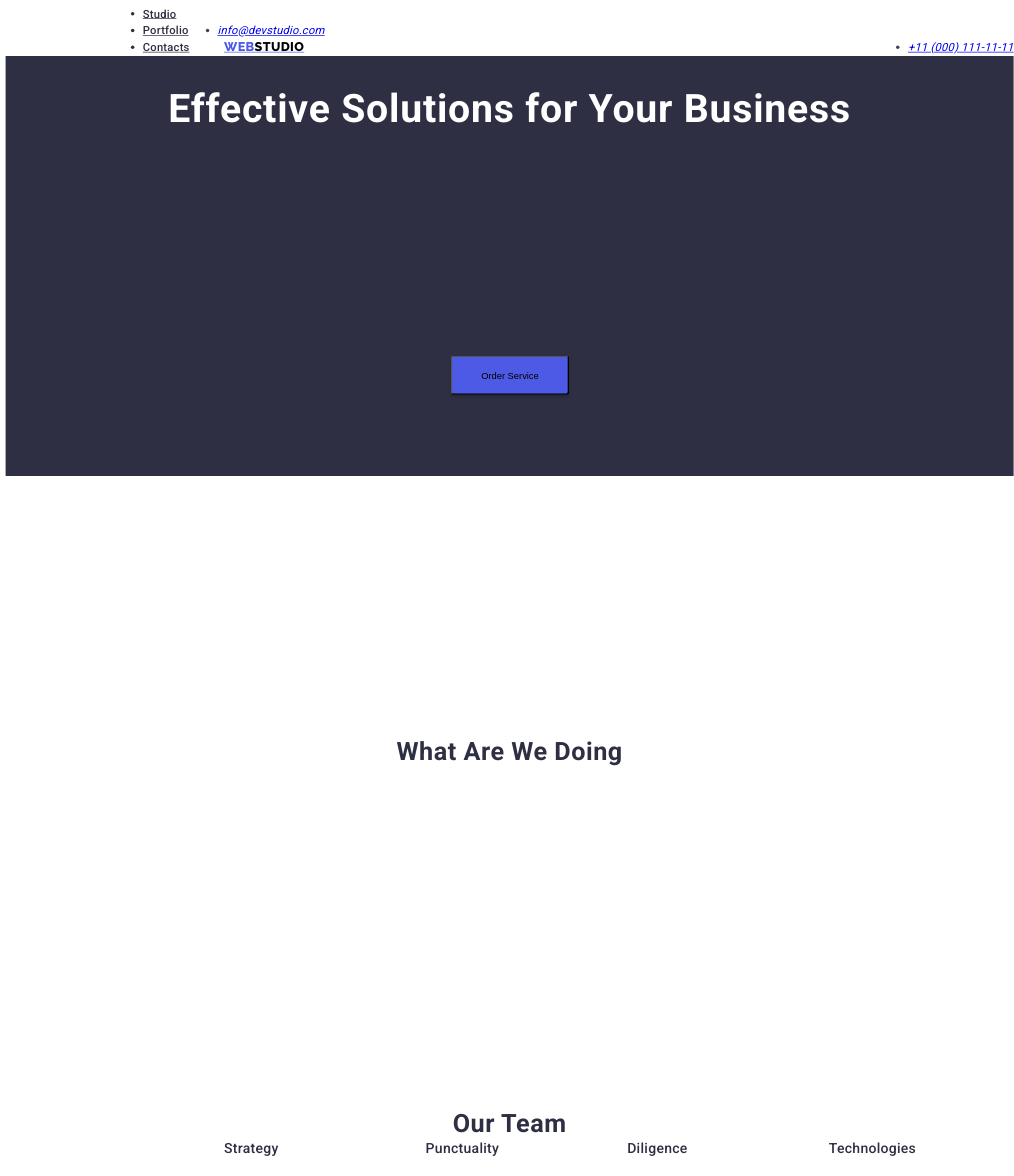
Repository: GrishchenkoNataliya/goit-markup-hw-02
Page: index.html
The author's editor kept a copy of each file at every save. The page is drawn from the files as they stood at one save, then again after the next save.
The browser window is 1280 px wide. The page is 1448 px wide, so the pictures cover 1448 px, including what lies to the right of the window. The pictures show the part of the page from y = 0 to 1680 px (the page is 4796 px tall), at 70% of full size.

Above is the page before, as saved 2023-03-11 13:39:16.

### index.html
<!DOCTYPE html>
<html lang="en">
  <head>
    <meta charset="UTF-8" />
    <meta http-equiv="X-UA-Compatible" content="IE=edge" />
    <meta name="viewport" content="width=device-width, initial-scale=1.0" />

    <link rel="preconnect" href="https://fonts.googleapis.com" />
    <link rel="preconnect" href="https://fonts.gstatic.com" crossorigin />
    <link
      href="https://fonts.googleapis.com/css2?family=Raleway:wght@800&family=Roboto+Mono:wght@600&family=Roboto:wght@400;500;700&display=swap"
      rel="stylesheet"
    />
    <link rel="stylesheet" href="./css/styles.css" />
    <title>homework_2</title>
  </head>
  <body class="body">
    <header class="header">
      <a class="header-logo logo-web" href="./index.html"
        >Web<span class="logo-studio">Studio </span></a
      >
      <nav class="header-nav">
        <ul class="header-list">
          <li class="header-item">
            <a
              class="header-link"
              href=""
              target="_blank"
              rel="noopener noreferrer nofollow"
              >Studio</a
            >
          </li>
          <li class="header-item-portfolio">
            <a
              class="header-link"
              href="./portfolio/portfolio.html"
              target="_blank"
              rel="noopener noreferrer nofollow"
              >Portfolio</a
            >
          </li>
          <li class="header-item">
            <a
              class="header-link"
              href=""
              target="_blank"
              rel="noopener noreferrer nofollow"
              >Contacts</a
            >
          </li>
        </ul>
      </nav>
      <address class="address">
        <ul class="address-list">
          <li class="address-mail">
            <a href="mailto:info@devstudio.com">info@devstudio.com</a>
          </li>
          <li class="address-tel">
            <a href="tel:+110001111111">+11 (000) 111-11-11</a>
          </li>
        </ul>
      </address>
    </header>
    <main class="main">
      <section class="hero">
        <h1 class="hero-title">Effective Solutions for Your Business</h1>
        <button class="hero-btn" type="button">Order Service</button>
        <!-- Dark-bg -->
      </section>

      <section class="feature1">
        <h2 hidden>Большой заголовок</h2>
        <ul class="feature1-list">
          <li class="feature1-item1">
            <h3 class="feature1-title">Strategy</h3>
            <p class="feature1-text">
              Our goal is to identify the business problem to walk away with the
              perfect and creative solution.
            </p>
          </li>
          <li class="feature1-item2">
            <h3 class="feature1-title">Punctuality</h3>
            <p class="feature1-text">
              Bring the key message to the brand's audience for the best price
              within the shortest possible time.
            </p>
          </li>
          <li class="feature1-item3">
            <h3 class="feature1-title">Diligence</h3>
            <p class="feature1-text">
              Research and confirm brands that present the strongest digital
              growth opportunities and minimize risk.
            </p>
          </li>
          <li class="feature1-item4">
            <h3 class="feature1-title">Technologies</h3>
            <p class="feature1-text">
              Design practice focused on digital experiences. We bring forth a
              deep passion for problem-solving.
            </p>
          </li>
        </ul>
      </section>

      <section class="feature2">
        <h2 class="feature2-title">What are we doing</h2>
        <ul class="feature2-list">
          <li class="feature2-item-1">
            <img
              src="./images/pages1/Rectangle71-1.jpg"
              alt="Rectangle 71-1"
              width="360"
            />
          </li>
          <li class="feature2-item-2">
            <img
              src="./images/pages1/Rectangle71-2.jpg"
              alt="Rectangle 71-2"
              width="360"
            />
          </li>
          <li class="feature2-item-3">
            <img
              src="./images/pages1/Rectangle71-3.jpg"
              alt="Rectangle 71-3"
              width="360"
            />
          </li>
        </ul>
      </section>

      <section class="feature3">
        <h2 class="feature3-title-h2">Our Team</h2>
        <ul class="feature3-list">
          <li class="feature3-item1">
            <img
              src="./images/pages1/img1.jpg"
              alt="Mark Guerrero"
              width="264"
              height="260"
            />
            <h3 class="feature3-title">Mark Guerrero</h3>
            <p class="feature3-subtitle">Product Designer</p>
          </li>
          <li class="feature3-item2">
            <img
              src="./images/pages1/img2.jpg"
              alt="Tom Ford"
              width="264"
              height="260"
            />
            <h3 class="feature3-title">Tom Ford</h3>
            <p class="feature3-subtitle">Frontend Developer</p>
          </li>
          <li class="feature3-item3">
            <img
              src="./images/pages1/img3.jpg"
              alt="Camila Garcia"
              width="264"
              height="260"
            />
            <h3 class="feature3-title">Camila Garcia</h3>
            <p class="feature3-subtitle">Marketing</p>
          </li>
          <li class="feature3-item4">
            <img
              src="./images/pages1/img4.jpg"
              alt="Daniel Wilson"
              width="264"
              height="260"
            />
            <h3 class="feature3-title">Daniel Wilson</h3>
            <p class="feature3-subtitle">UI Designer</p>
          </li>
        </ul>
      </section>
    </main>
    <footer class="footer">
      <a class="header-logo" href="./index.html"
        >Web<span class="studio">Studio </span></a
      >

      <p class="footer-text">
        Increase the flow of customers and sales for your business with digital
        marketing & growth solutions.
      </p>
      <!-- Dark-bg -->
    </footer>
  </body>
</html>

### css/styles.css
body {
  font-family: "Roboto", sans-serif;
  /* font-family: open-; */

  position: relative;
  width: 1440px;
  height: 2592px;
  color: #434455;
  background: #ffffff;
}
/* @font-face {
  font-family: Roboto-500;
  src: url(../fonts/);
}
Підключення шрифта з папки fonts */

.header {
  /* position: absolute;
  width: 1440px;
  height: 72px;
  left: 0px;
  top: 0px; */
  display: flex;
  flex-direction: row;
  align-items: center;
  padding: 0px;

  position: absolute;
  width: 115px;
  height: 24px;
  left: 156px;
  top: 24px;
}

.header-logo {
  display: flex;
  flex-direction: row;
  align-items: center;
  padding: 0px;

  position: absolute;
  width: 115px;
  height: 24px;
  left: 156px;
  top: 24px;
}
.header-nav {
}
.logo-web {
  width: 44px;
  height: 21px;

  font-family: "Raleway";
  font-style: normal;
  font-weight: 800;
  font-size: 18px;
  line-height: 21px;
  /* identical to box height, or 117% */

  display: flex;
  align-items: center;
  letter-spacing: 0.03em;
  text-transform: uppercase;
  color: #4d5ae5;
}
.logo-studio {
  color: black;
}
.header-list {
  /* font-family: "Roboto";
  font-style: normal; потрібен для адреси, це нахил */
  font-weight: 500;
  font-size: 16px;
  line-height: 1.5;
  letter-spacing: 0.02em;
  color: #2e2f42;
}
.header-item {
}
.header-link {
  width: 48px;
  height: 24px;
  font-style: normal;
  font-weight: 500;
  font-size: 16px;
  line-height: 1.5;
  /* 24/16=1.5 */
  letter-spacing: 0.02em;
  color: #2e2f42;
  flex: none;
  order: 0;
  flex-grow: 0;
}

.address {
}
.address-list {
  font-weight: 400;
  font-size: 16px;
  line-height: 1.5;
  letter-spacing: 0.02em;
}
.address-mail {
}
.address-tel {
  position: absolute;
  width: 151px;
  height: 24px;
  left: 1133px;
  top: 24px;

  font-weight: 400;
  font-size: 16px;
  line-height: 1.5;
  letter-spacing: 0.02em;
}
.main {
}
/* section hero */
.hero {
  position: absolute;
  width: 1440px;
  height: 600px;
  left: 0px;
  top: 72px;
  background: #2e2f42;
}
.hero-title {
  font-family: "Roboto";
  font-style: normal;
  font-weight: 700;
  font-size: 56px;
  line-height: 1.07;
  text-align: center;
  letter-spacing: 0.02em;
  color: #ffffff;
}
.hero-btn {
  position: absolute;
  width: 169px;
  height: 56px;
  left: 636px;
  top: 428px;
  background: #4d5ae5;
  box-shadow: 0px 4px 4px rgba(0, 0, 0, 0.15);
  border-radius: 4px;
}
/* section 1 */
.feature1 {
}
.feature1-list {
  position: absolute;
  width: 1128px;
  height: 104px;
  left: 156px;
  top: 792px;
}
.feature1-item1 {
  display: flex;
  flex-direction: column;
  align-items: flex-start;
  padding: 0px;
  gap: 8px;

  position: absolute;
  width: 264px;
  height: 104px;
  left: 156px;
  top: 792px;
}
.feature1-item2 {
  display: flex;
  flex-direction: column;
  align-items: flex-start;
  padding: 0px;
  gap: 8px;

  position: absolute;
  width: 264px;
  height: 104px;
  left: 444px;
  top: 792px;
}
.feature1-item3 {
  display: flex;
  flex-direction: column;
  align-items: flex-start;
  padding: 0px;
  gap: 8px;

  position: absolute;
  width: 264px;
  height: 104px;
  left: 732px;
  top: 792px;
}
.feature1-item4 {
  display: flex;
  flex-direction: column;
  align-items: flex-start;
  padding: 0px;
  gap: 8px;

  position: absolute;
  width: 264px;
  height: 104px;
  left: 1020px;
  top: 792px;
}
.feature1-title {
  font-family: "Roboto";
  font-style: normal;
  font-weight: 500;
  font-size: 20px;
  line-height: 1.2;
  letter-spacing: 0.02em;
  color: #2e2f42;
}
.feature1-text {
  font-family: "Roboto";
  font-style: normal;
  font-weight: 400;
  font-size: 16px;
  line-height: 1.5;
  letter-spacing: 0.02em;
  color: #434455;
}
/* section 2 */
.feature2 {
  position: absolute;
  width: 1128px;
  height: 412px;
  left: 156px;
  top: 1016px;
}
.feature2-title {
  font-family: "Roboto";
  font-style: normal;
  font-weight: 700;
  font-size: 36px;
  line-height: 1.1;
  text-align: center;
  letter-spacing: 0.02em;
  text-transform: capitalize;
  color: #2e2f42;
}
.feature2-list {
}
.feature2-item-1 {
  display: flex;
  flex-direction: column;
  align-items: flex-start;
  padding: 0px;

  position: absolute;
  width: 360px;
  height: 300px;
  left: 156px;
  top: 1128px;
}
.feature2-item-2 {
  display: flex;
  flex-direction: column;
  align-items: flex-start;
  padding: 0px;

  position: absolute;
  width: 360px;
  height: 300px;
  left: 540px;
  top: 1128px;
}
.feature2-item-3 {
  display: flex;
  flex-direction: column;
  align-items: flex-start;
  padding: 0px;

  position: absolute;
  width: 360px;
  height: 300px;
  left: 924px;
  top: 1128px;
}
/* section 3 */
.feature3 {
  position: absolute;
  width: 1440px;
  height: 732px;
  left: 0px;
  top: 1548px;
}
.feature3-title-h2 {
  font-family: "Roboto";
  font-style: normal;
  font-weight: 700;
  font-size: 36px;
  line-height: 1.1;
  text-align: center;
  letter-spacing: 0.02em;
  text-transform: capitalize;
  color: #2e2f42;
}
.feature3-list {
}
.feature3-item1 {
  display: flex;
  flex-direction: column;
  justify-content: center;
  align-items: center;
  padding: 0px 0px 32px;
  gap: 32px;

  position: absolute;
  width: 264px;
  height: 380px;
  left: 156px;
  top: 1780px;
}
.feature3-item2 {
  display: flex;
  flex-direction: column;
  justify-content: center;
  align-items: center;
  padding: 0px 0px 32px;
  gap: 32px;

  position: absolute;
  width: 264px;
  height: 380px;
  left: 444px;
  top: 1780px;
}
.feature3-item3 {
  display: flex;
  flex-direction: column;
  justify-content: center;
  align-items: center;
  padding: 0px 0px 32px;
  gap: 32px;

  position: absolute;
  width: 264px;
  height: 380px;
  left: 732px;
  top: 1780px;
}
.feature3-item4 {
  display: flex;
  flex-direction: column;
  justify-content: center;
  align-items: center;
  padding: 0px 0px 32px;
  gap: 32px;

  position: absolute;
  width: 264px;
  height: 380px;
  left: 1020px;
  top: 1780px;
}
.feature3-title {
  font-family: "Roboto";
  font-style: normal;
  font-weight: 500;
  font-size: 20px;
  line-height: 1.2;
  text-align: center;
  letter-spacing: 0.02em;
  color: #2e2f42;
}
.feature3-subtitle {
  font-family: "Roboto";
  font-style: normal;
  font-weight: 400;
  font-size: 16px;
  line-height: 1.2;
  text-align: center;
  letter-spacing: 0.02em;
  color: #434455;
}
.footer {
  /* position: absolute;
  width: 1440px;
  height: 312px;
  left: 0px;
  top: 2280px; */

  /* display: flex;
flex-direction: row;
align-items: center;
padding: 0px;

position: absolute;
width: 115px;
height: 24px;
left: 156px;
top: 2380px; */

  position: absolute;
  width: 1440px;
  height: 312px;
  left: 0px;
  top: 2280px;
  background: #2e2f42;
}
.footer-text {
  position: absolute;
  width: 264px;
  height: 72px;
  left: 156px;
  top: 2420px;
  font-family: "Roboto";
  font-style: normal;
  font-weight: 400;
  font-size: 16px;
  line-height: 1.2;
  letter-spacing: 0.02em;
  color: #f4f4fd;
}
.main-portfolio {
}
/* -------------portfolio-section---------- */
.portfolio-section {
}
.portfolio-list {
  display: flex;
  flex-direction: row;
  align-items: flex-start;
  padding: 0px;
  gap: 24px;

  position: absolute;
  width: 586px;
  height: 48px;
  left: 427px;
  top: 168px;
}
.portfolio-item-all {
  display: flex;
  flex-direction: row;
  align-items: flex-start;
  padding: 12px 24px;

  width: 69px;
  height: 48px;
  background: #404bbf;
  box-shadow: 0px 3px 1px rgba(0, 0, 0, 0.1), 0px 2px 1px rgba(0, 0, 0, 0.08),
    0px 2px 2px rgba(0, 0, 0, 0.12);
  border-radius: 4px;
  flex: none;
  order: 0;
  flex-grow: 0;
}
.portfolio-btn {
}
.portfolio-label-all {
  font-family: "Roboto";
  font-style: normal;
  font-weight: 500;
  font-size: 16px;
  line-height: 24px;
  display: flex;
  align-items: center;
  text-align: center;
  letter-spacing: 0.04em;
  color: #ffffff;
}
.portfolio-item {
}
.portfolio-btn {
  display: flex;
  flex-direction: row;
  justify-content: center;
  align-items: center;
  padding: 12px 24px;
  width: 116px;
  height: 48px;
  background: #f4f4fd;
  border: 1px solid #e7e9fc;
  border-radius: 4px;
}
.portfolio-label {
  font-family: "Roboto";
  font-style: normal;
  font-weight: 500;
  font-size: 16px;
  line-height: 1.2;
  display: flex;
  align-items: center;
  text-align: center;
  letter-spacing: 0.04em;
  color: #4d5ae5;
  flex: none;
  order: 0;
  flex-grow: 0;
}

/* .portfolio-btn3 {
  width: 78px;
} */

/* .portfolio-btn4 {
  width: 101px;
} */

/* .portfolio-btn5 {
  width: 126px;
} */

/* -------portfolio-section2---- */
.portfolio-section {
  position: absolute;
  left: 8.33%;
  right: 8.33%;
  top: 0%;
  bottom: 0%;
}
.portfolio-section-list-first {
  display: block;
  margin: 8px;
  position: absolute;
  width: 1128px;
  height: 420px;
  left: 156px;
  top: 288px;
}

.project-card-first {
  width: 360px;
  height: 420px;
  left: 156px;
  top: 288px;
  background: #ffffff;
  border: 1px solid #e7e9fc;
}

.portfolio-title {
  font-family: "Roboto";
  font-style: normal;
  font-weight: 500;
  font-size: 20px;
  line-height: 1.2;
  letter-spacing: 0.02em;
  color: #2e2f42;
}
.portfolio-text {
  font-family: "Roboto";
  font-style: normal;
  font-weight: 400;
  font-size: 16px;
  line-height: 1.5;
  letter-spacing: 0.02em;
  color: #434455;
}
.project-card-second {
  left: 540px;
}

.project-card-last {
  left: 924px;
}

.portfolio-section-list-second {
  position: absolute;
  width: 1128px;
  height: 420px;
  left: 156px;
  top: 756px;
}
.portfolio-section-list-last {
  position: absolute;
  width: 1128px;
  height: 420px;
  left: 156px;
  top: 1224px;
}

After the next save:
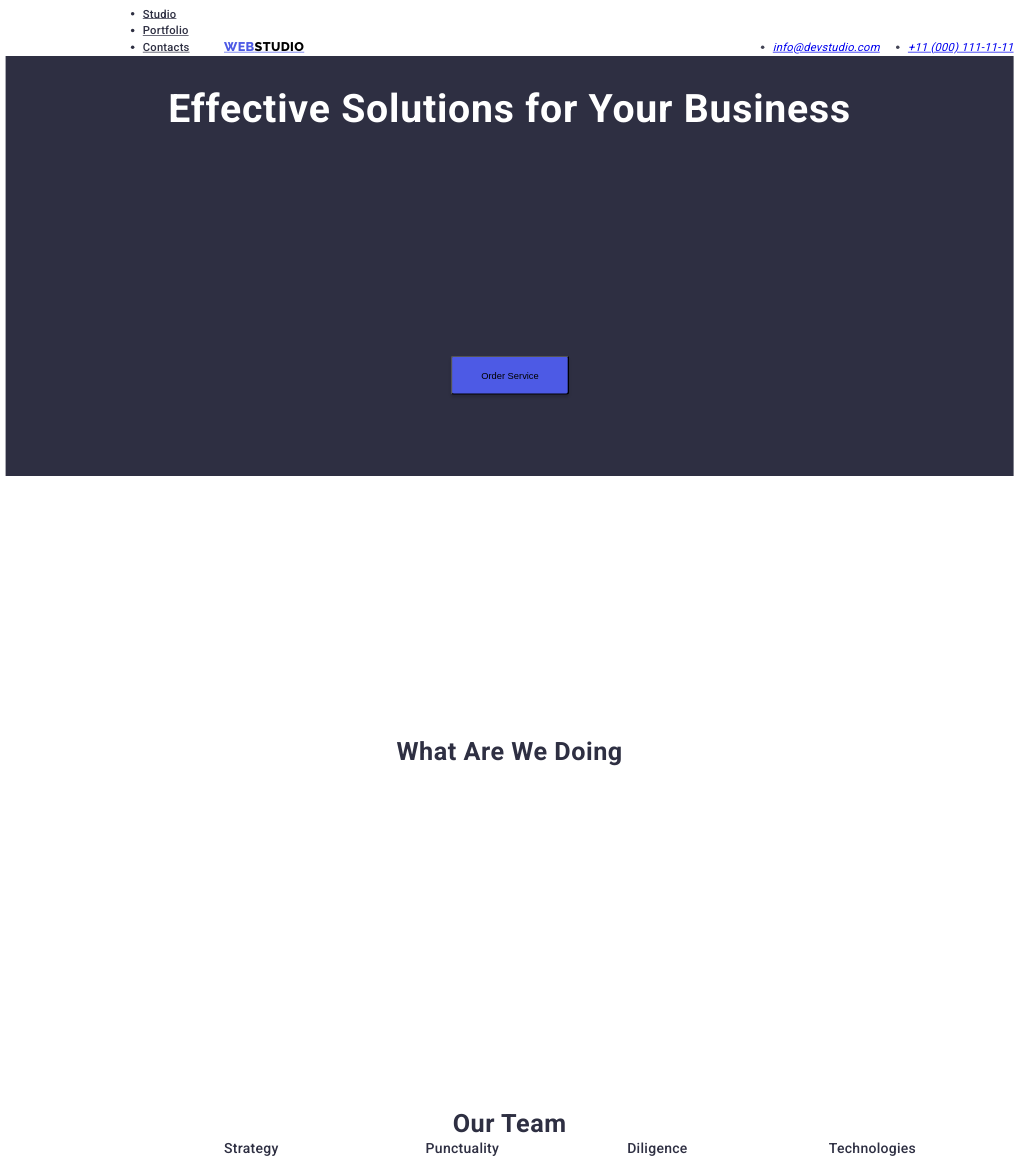
Saved 3 min 6 s later.
--- a/css/styles.css
+++ b/css/styles.css
@@ -101,6 +101,11 @@ body {
   letter-spacing: 0.02em;
 }
 .address-mail {
+  position: absolute;
+  width: 153px;
+  height: 24px;
+  left: 940px;
+  top: 24px;
 }
 .address-tel {
   position: absolute;
